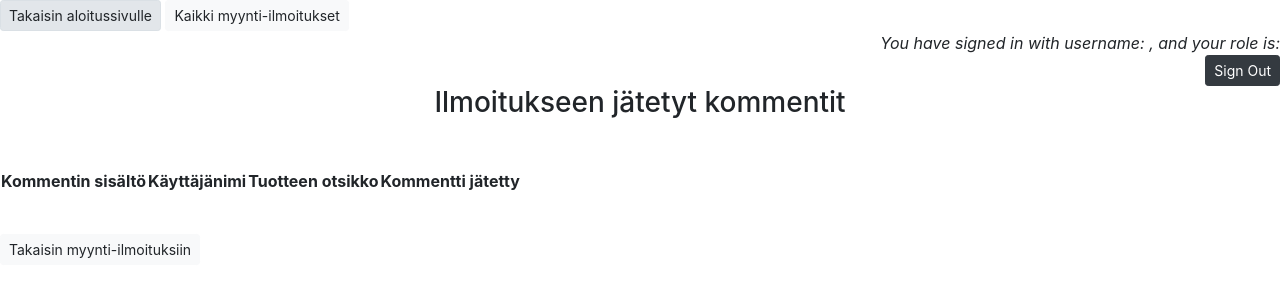
Repository: LiljestromNadja/Backend_s2023_harjoitustyo
Page: http://localhost/articleComments
An editor plug-in stored every save of this project. The page is shown before and after the next save, followed by the edit.
The browser window is 1280 px wide. The pictures show the whole page.
The page is this project's Thymeleaf template; nobody is signed in. The template is opened directly, without the code that normally fills it, so the values that code supplies are empty.

Above is the page before, as saved 2023-11-09 18:00:49.

### harkkas23v01/src/main/resources/templates/articleComments.html
<!DOCTYPE HTML>
<html xmlns:th="http://www.thymeleaf.org">
	<head>
	<title>Ilmoitukseen jätetyt kommentit</title>
    <meta http-equiv="Content-Type" content="text/html; charset=UTF-8" />
    <!-- Bootstrap-linkki vaihdettu tähän 04-10-2023 -->
	<link rel="stylesheet" href="https://cdn.jsdelivr.net/npm/bootstrap@4.0.0/dist/css/bootstrap.min.css" integrity="sha384-Gn5384xqQ1aoWXA+058RXPxPg6fy4IWvTNh0E263XmFcJlSAwiGgFAW/dAiS6JXm" crossorigin="anonymous"> <!-- Lisättiin tyyli, bootstrap 4.0 -->
	<!-- Lisättiin tyyli, bootstrap 4.0 -->
	</head>
	<body>
		<div>
			<a href="/index"><button class="text-left btn btn-light btn-sm">Takaisin aloitussivulle</button></a>
			<a href="/articlelist"><button class="text-left btn btn-light btn-sm">Kaikki myynti-ilmoitukset</button></a>
		</div>

		<div class="text-right">
			<i>You have signed in with username: <b sec:authentication="name"></b>,
				and your role is: <b sec:authentication="principal.authorities"></b></i>

			<br>
			<form class="text-right" th:action="@{/logout}" method="post">
				<input type="submit" value="Sign Out" class="btn btn-sm btn-dark" />
			</form>

		</div>

		<h3 style="text-align: center">Ilmoitukseen jätetyt kommentit</h3>

		<div style="clear: both; display: block; height: 40px;"></div>
		<table>
			<tr>
				<th>Kommentin sisältö</th> <!-- th == tableHeader -->
	<!-- 		<th>User</th>  -->
				<th>Käyttäjänimi</th>
	<!--  		<th>Book id</th> -->
				<th>Tuotteen otsikko</th>
	<!--  		<th>Danger zone</th> -->
				<th>Kommentti jätetty</th>

			</tr>
			<tr th:each="comment : ${comments}">
				<td th:text="${comment.commentmessage}"></td>
	<!--  	 	<td th:text="${comment?.applicationuser?.id}"></td> -->
		 		<td th:text="${comment?.applicationuser?.username}"></td>
	<!--		<td type="hidden" th:text="${comment?.article?.id}"></td> -->

				<td th:text="${comment?.article?.title}"></td>
				<td th:text="${comment.commentcreated}"></td>

			</tr>
		</table>

		<div style="clear: both; display: block; height: 40px;"></div>
		<a href="/articlelist"><button class="text-left btn btn-light btn-sm">Takaisin myynti-ilmoituksiin</button></a>

		<!-- USER tai ADMIN voi lisätä kommentin. Linkki osoittaa endpointiin addCommentByBookId,
		 josta kommentti liitetään kirjaan, jonka kommentit yläpuolella tällä sivulla listataan-->
		<a sec:authorize="hasAuthority('ADMIN') or hasAuthority('USER')"  th:href="@{addComment/}">
			<button class="text-left btn btn-dark btn-sm">Kommentoi ilmoitusta</button>
		</a>

	</body>
</html>

After the next save:
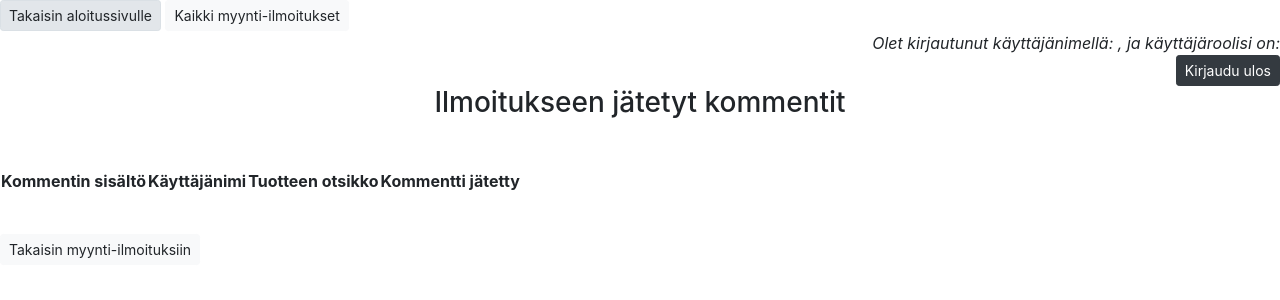
Saved 80 s later.
--- a/harkkas23v01/src/main/resources/templates/articleComments.html
+++ b/harkkas23v01/src/main/resources/templates/articleComments.html
@@ -14,12 +14,12 @@
 		</div>
 
 		<div class="text-right">
-			<i>You have signed in with username: <b sec:authentication="name"></b>,
-				and your role is: <b sec:authentication="principal.authorities"></b></i>
+			<i>Olet kirjautunut käyttäjänimellä: <b sec:authentication="name"></b>,
+				ja käyttäjäroolisi on: <b sec:authentication="principal.authorities"></b></i>
 
 			<br>
 			<form class="text-right" th:action="@{/logout}" method="post">
-				<input type="submit" value="Sign Out" class="btn btn-sm btn-dark" />
+				<input type="submit" value="Kirjaudu ulos" class="btn btn-sm btn-dark" />
 			</form>
 
 		</div>
